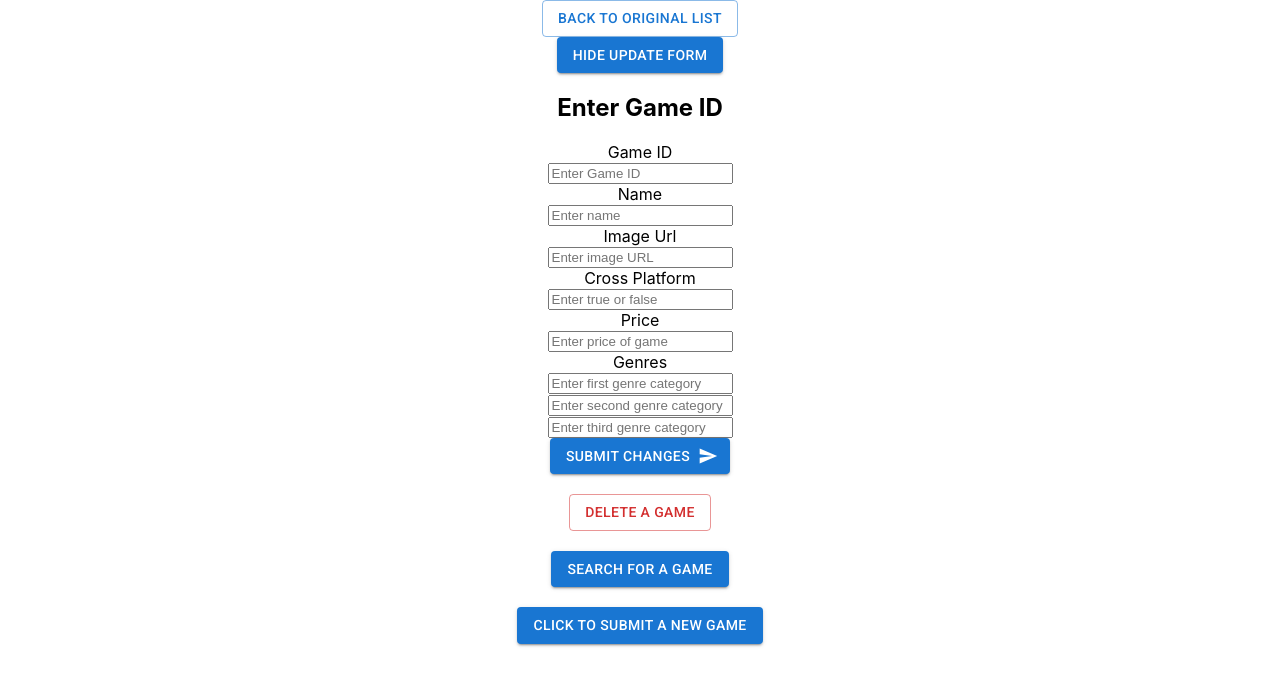
Repository: The-Software-Guild/assessment-2-react-nj10deadend
Page: / (app in Part-2/React-section/frontend/), after clicking the first element matching `button.MuiButton-contained`
An editor plug-in stored every save of this project. The page is shown before and after the next save, followed by the edit.
The browser window is 1280 px wide. The pictures show the whole page.
The page's requests for data from a server got no answer. The project was rebuilt for these pictures with package versions that can differ from the ones it lists, and the page was loaded fresh each time. No one was signed in, and anything a server would have sent is missing. Also part of the build but not shown: Part-2/React-section/frontend/src/components/GameCards.js.

Above is the page before, as saved 2021-12-19 21:34:36.

After the next save:
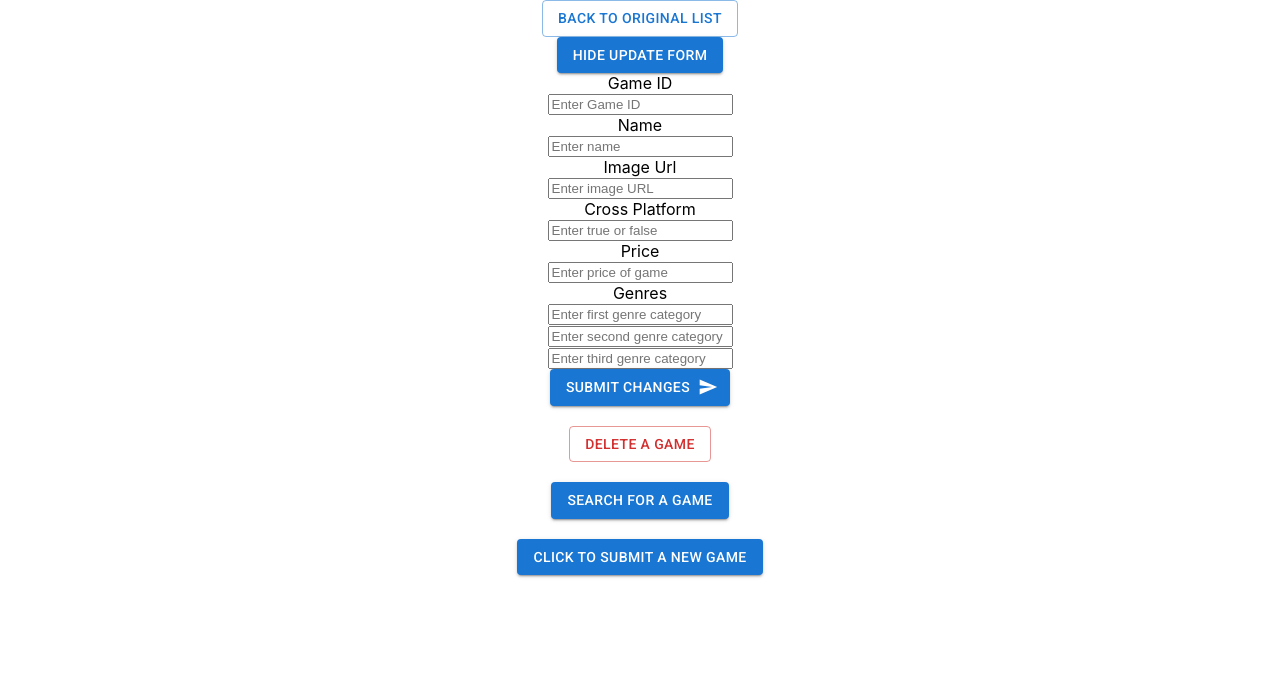
Saved 100 s later.
--- a/Part-2/React-section/frontend/src/components/UpdateGame.js
+++ b/Part-2/React-section/frontend/src/components/UpdateGame.js
@@ -48,7 +48,6 @@ function UpdateGame ({getFetchGameServer}) {
                     <div>
                         <form onSubmit={updateChanges}>
                             <div>
-                                <h2>Enter Game ID</h2>
                                 <label for="game-id">Game ID</label>
                                 <br></br>
                                 <input name="game-id" type="text" placeholder="Enter Game ID"
